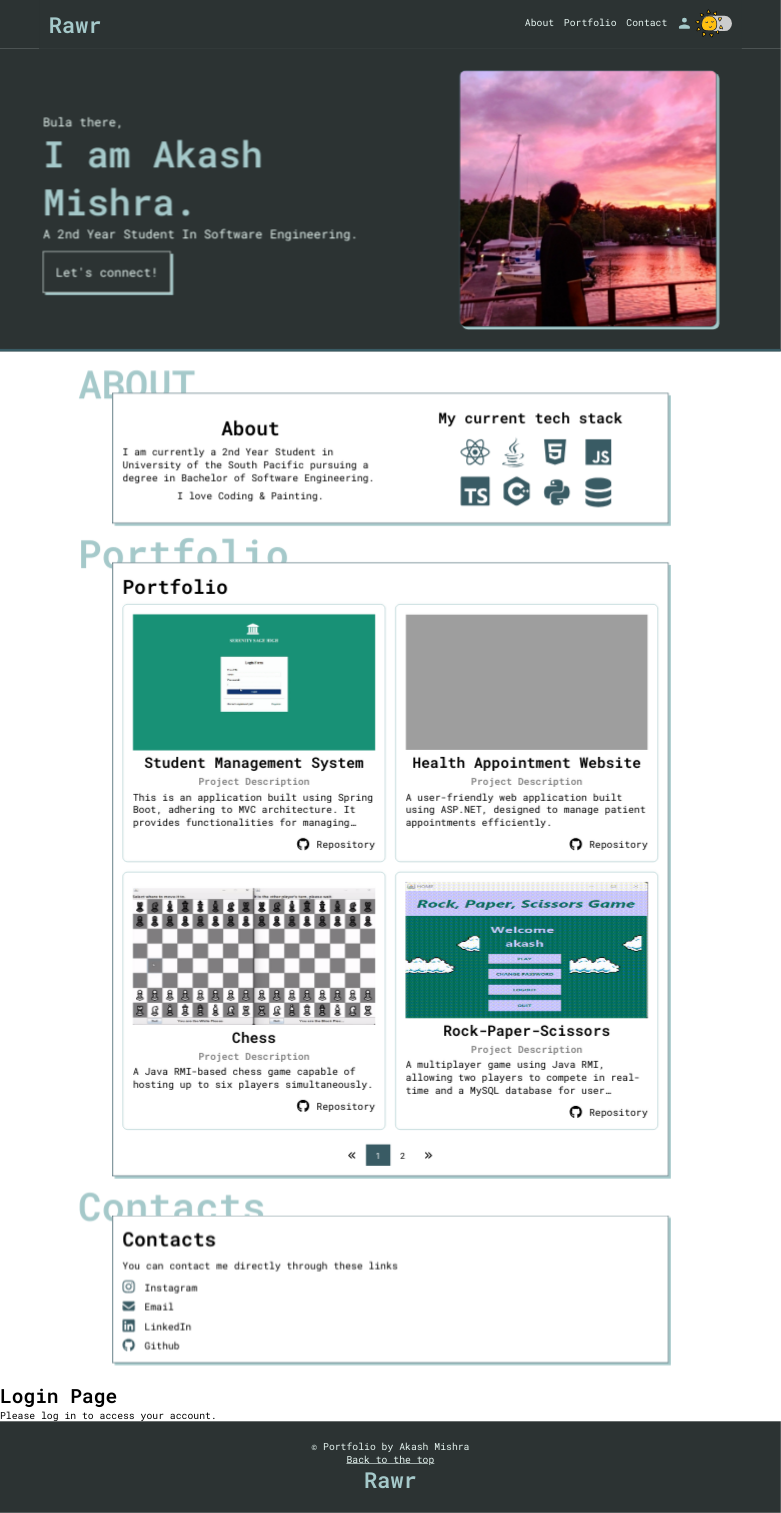
Repository: akashrawr/portfolio
Page: /
The author's editor kept a copy of each file at every save. The page is drawn from the files as they stood at one save, then again after a run of saves.
The browser window is 1280 px wide. The pictures show the whole page, at 61% of full size.
Pictures or frames that could not be fetched are drawn as grey boxes. The project was rebuilt for these pictures with package versions that can differ from the ones it lists, and the page was loaded fresh each time.

Above is the page before, as saved 2025-01-01 20:46:08.

### public/index.html
<!DOCTYPE html>
<html lang="en">
  <head>
    <meta charset="utf-8" />
    <link rel="icon" href="%PUBLIC_URL%/favicon.ico" />
    <meta name="viewport" content="width=device-width, initial-scale=1" />
    <meta name="theme-color" content="#000000" />
    <meta
      name="description"
      content="Personal web Portfolio"
    />
    <link rel="apple-touch-icon" href="%PUBLIC_URL%/logo192.png" />
    <!--
      manifest.json provides metadata used when your web app is installed on a
      user's mobile device or desktop. See https://developers.google.com/web/fundamentals/web-app-manifest/
    -->
    <link rel="manifest" href="%PUBLIC_URL%/manifest.json" />
    <!--
      Notice the use of %PUBLIC_URL% in the tags above.
      It will be replaced with the URL of the `public` folder during the build.
      Only files inside the `public` folder can be referenced from the HTML.

      Unlike "/favicon.ico" or "favicon.ico", "%PUBLIC_URL%/favicon.ico" will
      work correctly both with client-side routing and a non-root public URL.
      Learn how to configure a non-root public URL by running `npm run build`.
    -->
    <title>akashrawr</title>
  </head>
  <body>
    <noscript>You need to enable JavaScript to run this app.</noscript>
    <div id="root"></div>
    <!--
      This HTML file is a template.
      If you open it directly in the browser, you will see an empty page.

      You can add webfonts, meta tags, or analytics to this file.
      The build step will place the bundled scripts into the <body> tag.

      To begin the development, run `npm start` or `yarn start`.
      To create a production bundle, use `npm run build` or `yarn build`.
    -->
  </body>
</html>

### src/App.js
import React, { useState, useEffect } from 'react';
import { BrowserRouter as Router, Route, Routes } from 'react-router-dom';
import './App.css';
import AOS from 'aos';
import 'aos/dist/aos.css';

// Import components
import Header from './components/Header';
import LoginPage from './components/LoginPage';
import Hero from './components/Hero';
import About from './components/About';
import Portfolio from './components/Portfolio';
import Contact from './components/Contact';
import Footer from './components/Footer';

function App() {
  useEffect(() => {
    AOS.init({ once: true, delay: 0 });
  }, []);

  const [isNavVisible, setIsNavVisible] = useState(false);
  const [darkMode, setDarkMode] = useState(false);

  const toggleNav = () => {
    setIsNavVisible(!isNavVisible);
  };

  const toggleDarkMode = () => {
    setDarkMode(!darkMode);
    document.body.classList.toggle('dark-mode', !darkMode);
  };

  return (
    <Router>
    <div>
      <Header
        isNavVisible={isNavVisible}
        toggleNav={toggleNav}
        darkMode={darkMode}
        toggleDarkMode={toggleDarkMode}
      />
      <main>

        <Hero />
        <About />
        <Portfolio />
        <Contact />
        <LoginPage />
       {/*
        <Routes>
            <Route path="/login" element={<LoginPage />} />
      </Routes>
*/}
      </main>
      <Footer />
    </div>
    </Router>
  );
}

export default App;

### src/App.css
@import url("https://fonts.googleapis.com/css2?family=Roboto+Mono:wght@300;400;600&display=swap");

:root {
  --primary-color: #2c3333;
  --secondary-color: #395b64;
  --accent-1: #a5c9ca;
  --accent-2: #e7f6f2;
  --neutral-1: black;
  --neutral-2: white;
  --neutral-3: white;
  --neutral-4: black;
  --icon-1: #395b64;

  --dark-primary-color: #121212;
  --dark-secondary-color: #1f1f1f;
  --dark-accent-1: #6c757d;
  --dark-accent-2: #adb5bd;
  --dark-neutral-1: #ffffff;
  --dark-neutral-2: #121212;
  --dark-neutral-3:#1f1f1f;
  --dark-neutral-4: #938f8f;
  --dark-icon-1: #938f8f;

}

*,
*::after,
*::before {
  margin: 0;
  padding: 0;
  font-family: "Roboto Mono", monospace;
  box-sizing: border-box;


}

html {
  scroll-behavior: smooth;
}

body {
  overflow-x: hidden;
  background-color: var(--neutral-3);
  color: var(--neutral-1);
  font-family: "Roboto Mono", monospace;
}

body.dark-mode {
  --primary-color: var(--dark-primary-color);
  --secondary-color: var(--dark-secondary-color);
  --accent-1: var(--dark-accent-1);
  --accent-2: var(--dark-accent-2);
  --neutral-1: var(--dark-neutral-1);
  --neutral-2: var(--dark-neutral-2);
  --neutral-3: var(--dark-neutral-3);
  --neutral-4: var(--dark-neutral-4);
  --icon-1:var(--dark-icon-1);
}


/* Navbar styles */

header {
  display: flex;
  align-items: center;
  justify-content: center;

  max-width: 100vw;
  background-color: var(--primary-color);
}

a {
  font-size: 14px;
  text-decoration: none;
}

h1 {
  font-family: "Roboto Mono", monospace;
}

.navbar-nav {
  display: flex;
  align-items: center;
  justify-content: space-between;
  background-color: var(--primary-color);
  padding: 1rem;
  width: 90%;
}

.nav-logo {
  grid-column: 1;
}

.nav-logo > h1 {
  font-size: 30px;
  color: var(--accent-1);
}

.primary-nav {
  display: flex;
  list-style: none;
  gap: 16px;

  grid-column: 2;
  justify-self: end;
}

.mobile-nav-toggle {
  display: none;
  cursor: pointer;
}

.nav-link:link,
.nav-link:visited {
  font-size: 16px;
  color: var(--accent-2);

  transition: 300ms ease-in-out;
}

.nav-link:hover {
  font-weight: 600;
  color: var(--accent-1);
}

.user-icon {
  width: 24px;
  height: 24px;
  fill: var(--accent-1);
  transition: fill 0.3s ease;
}

.user-icon:hover {
  fill: var(--accent-1);
}

/* Dark mode toggle button */
.theme-toggle {
  background: none;
  border: none;
  cursor: pointer;
  padding: 8px;
  display: flex;
  align-items: center;
}

.nav-icons {
  --size: 30px;
  width: var(--size);
  aspect-ratio: 1;
  cursor: pointer;
}



@media only screen and (max-width: 35em) {
  .primary-nav {
    position: fixed;
    top: 0;
    right: 0;
    bottom: 0;
    width: 125px;

    flex-direction: column;
    padding: min(15vh, 3rem) 1rem;
    background-color: var(--primary-color);
    border-left: 2px solid rgb(111, 111, 111); /* Add this line for the left border */

    z-index: 9999;

    transform: translateX(100%);
    transition: transform 350ms ease-out;
  }


  .nav-link:link,
  .nav-link:visited {
    font-size: 15px;
    color: var(--accent-1);
  }

  .primary-nav[data-visible="true"] {
    transform: translateX(0%);
  }

  .mobile-nav-toggle[aria-expanded="true"] {
    background: url('data:[embedded picture, 416 characters]') center center no-repeat;
  }

  .mobile-nav-toggle {
    display: block;
    position: absolute;
    background: url('data:[embedded picture, 417 characters]') center center no-repeat;

    width: 1.25rem;
    aspect-ratio: 1;

    border: none;

    top: 1.4rem;
    right: 2.5rem;
    z-index: 10000;

    transition: 250ms ease-in-out;
  }
}

/* Section styles */

section {
  display: flex;
  align-items: center;
  justify-content: center;

  max-width: 100vw;
  position: relative;
}

/* HERO SECTION */
#hero {
  background-color: var(--primary-color);
  border-bottom: 4px solid var(--icon-1);
  padding: 2.2rem;
}

/* Main container for text and image */
.hero-main-container {
  display: flex;
  flex-wrap: wrap;
  align-items: center;
  justify-content: space-between;
  gap: 16px;
}

/* Text Container */
.hero-container {
  flex: 1;
  display: flex;
  flex-direction: column;
  gap: 16px;
  padding: 2.2rem;
  width: 90%;
  height: 350px;
  animation: fade-in 500ms linear forwards;
}

.hero-text-container > h2 {
  font-size: 28px;
  color: var(--accent-1);
}

.hero-text-container > p {
  font-size: 12px;
  color: var(--accent-2);
}

.hero-button {
  align-self: flex-start;

  font-size: 14px;
  padding: 1em;

  color: var(--accent-2);
  background-color: transparent;

  border: 1px solid var(--accent-2);
  box-shadow: 4px 4px 0px var(--accent-1);

  transition: 300ms ease-in-out;
}

.hero-button:hover {
  background-color: var(--accent-2);
  color: var(--primary-color);
  box-shadow: 6px 6px 0px var(--secondary-color);
}

/* Image Container */
.hero-img {
  flex: 1;
  display: flex;
  justify-content: center;
  align-items: center;
}

.hero-image {
  max-width: 75%;
  height: auto;
  border-radius: 10px;
  box-shadow: 0 4px 8px rgba(0, 0, 0, 0.1);
  border: 1px solid var(--secondary-color);
  background-color: var(--neutral-2);

  width: 100%;


  box-shadow: 4px 4px 0px var(--accent-1);
}


/* Responsive Styles */
@media screen and (max-width: 768px) {
  .hero-main-container {
    flex-direction: column;
  }

  .hero-img {
    margin-top: 20px;
  }

  .hero-text-container {
    text-align: left;
  }
}
.hero-text-container > h2 {
  font-size: 20px;
  color: var(--accent-1);
}
.project-card > h3 {
  font-size: 12px;
  color: var(--secondary-color);
}

/* ABOUT */

#about {
  padding: 2rem;
  margin-top: 36px;
  animation: fade-in 500ms linear forwards;

}

.wave-asset {
  width: 100%;
  position: absolute;

  top: 0;
  left: 0;
}

.about-container {
  display: flex;
  align-items: center;
  justify-content: center;
  background-color: var(--neutral-2);
  width: 90%;
  z-index: 999;
}

.about-card,
.portfolio-card,
.contact-card {
  display: flex;
  flex-direction: column;
  gap: 16px;
  border: 1px solid var(--secondary-color);
  background-color: var(--neutral-2);

  width: 100%;
  padding: 1rem;

  box-shadow: 4px 4px 0px var(--accent-1);
}

.about-content,
.portfolio-content {
  width: 100%;
  display: flex;
  flex-direction: column;
  gap: 8px;
}

.about-content > h2,
.about-content > h3 {
  color: var(--neutral-4);
}

.about-content > p {
  font-size: 12px;
  color: var(--neutral-4);
}

.tech-stack-grid {
  width: 65%;
  display: grid;
  grid-template-columns: repeat(4, 1fr);
  place-items: center;
}

.tech-stack {
  --size: 30px;
  width: var(--size);
  aspect-ratio: 1;
}

/* Portfolio container */

#portfolio {
  padding: 2rem;
  animation: fade-in 500ms linear forwards;
}

.portfolio-container {
  width: 90%;
  z-index: 999;
}

.project-container {
  display: grid;
  grid-template-columns: repeat(2, 1fr);
  gap: 16px;
}

.portfolio-content > h2 {
  color: var(--neutral-4);
}

.project-card {
  display: flex;
  flex-direction: column;
  gap: 4px;

  padding: 1rem;
  border-radius: 8px;
  border: 1px solid var(--accent-1);
}

.project-card > h3 {
  color: var(--neutral-4);
}

.project-card > h5 {
  color: var(--neutral-4);
  opacity: 0.5;
}

.project-card > p {
  font-size: 12px;
  width: 100%;
  display: -webkit-box;
  -webkit-box-orient: vertical;
  -webkit-line-clamp: 3;
  overflow: hidden;
  color: var(--neutral-4);
}

.project-img {
  width: 100%;
  aspect-ratio: 16/9;
}

.project-card-links {
  align-self: flex-end;

  margin-top: 10px;
  display: flex;
  align-items: center;
  gap: 12px;
}

.project-icons {
  --size: 20px;
  width: var(--size);
  aspect-ratio: 1;
}

.project-card-links > a {
  display: flex;
  align-items: center;
  color: var(--neutral-4);
  font-size: 10px;
  gap: 4px;
}

.project-card-links > a:link,
.project-card-links > a:visited {

  color: var(--neutral-4);
}

.project-card-links > a:hover {
  font-weight: 600;
  color: var(--accent-1);
}

/* CONTACT */
#contact {
  padding: 2rem;
  animation: fade-in 500ms linear forwards;
}

.contact-container {
  width: 90%;
  z-index: 999;
}

.contact-card {
  width: 100%;
  gap: 12px;
}
.contact-card > h2 {
    color: var(--neutral-4);
}

.contact-card > p {
  font-size: 12px;
  color: var(--neutral-4);
}

.contact-links {
  display: flex;
  flex-direction: column;
  gap: 8px;
}

.contact-links > a {
  display: flex;
  align-items: center;
  gap: 8px;
}

.contact-links > a:link,
.contact-links > a:visited {
  color: var(--neutral-4);
}

.contact-links > a:hover {
  font-weight: 600;
  color: var(--accent-1);
}
.contact-icons {
  --size: 20px;
  width: var(--size);
  aspect-ratio: 1;
}

/* extras */
.section-highlight {
  font-size: 4rem;
  font-weight: 600;
  opacity: 0.5;
  color: var(--accent-1);

  position: absolute;
  top: 0;
  left: 100px;
}

/* footer */
footer {
  display: flex;
  align-items: center;
  justify-content: center;
  color: var(--accent-2);
  max-width: 100vw;
  background-color: var(--primary-color);
  min-height: 150px;
}

.footer-content {
  text-align: center;
  font-size: 12px;
  width: 90%;

  color: var(--accent-2);
}

.footer-content > a {
  text-decoration: underline;
}

.footer-content > a:link,
.footer-content > a:visited {
  color: var(--accent-2);
}

.footer-content > a:hover {
  color: var(--accent-1);
}
/* media queries */

@media only screen and (max-width: 35em) {
  .hero-container {
    padding: 1rem;
    height: 200px;
  }
  .project-container {
    grid-template-columns: 1fr;
  }
  .tech-stack-grid {
    width: 100%;
  }
  .section-highlight {
    font-size: 3.5rem;
    top: -16px;
    left: 6vw;
  }
}

@media only screen and (min-width: 35em) {
  .hero-container {
    height: 250px;
  }
  .about-container,
  .portfolio-container,
  .contact-container {
    width: 75%;
  }

  .about-card,
  .portfolio-card {
    align-items: center;
    justify-content: center;
    flex-direction: row;
    gap: 20px;
  }

  .section-highlight {
    top: -26px;
    left: 10vw;
  }
}

@media only screen and (min-width: 768px) {
  .nav-logo > h1 {
    font-size: 36px;
  }

  /* hero */
  .hero-container {
    height: 350px;
  }

  .hero-text-container > p {
    font-size: 20px;
  }

  .hero-text-container > h2 {
    font-size: 60px;
  }

  .hero-button {
    font-size: 20px;
  }

  /* about */
  .about-card {
    gap: 40px;
  }

  .about-content > h2 {
    font-size: 32px;
  }

  .about-content > h3 {
    font-size: 24px;
  }

  .about-content > p {
    font-size: 16px;
  }

  .tech-stack-section {
    align-self: flex-start;
    margin-top: 8px;
  }

  .tech-stack {
    --size: 40px;
    width: var(--size);
    aspect-ratio: 1;
  }

  /* portfolio */
  .portfolio-content > h2 {
    font-size: 32px;
  }

  .project-card > h3 {
    font-size: 24px;
  }

  .project-card > h5,
  .project-card > p {
    font-size: 16px;
  }

  .project-card-links > a {
    font-size: 16px;
  }

  /* contacts */
  .contact-card > h2 {
    font-size: 32px;
  }

  .contact-card > p {
    font-size: 16px;
  }

  .contact-links > a {
    font-size: 16px;
  }
  .footer-content,
  .footer-content > a {
    font-size: 16px;
  }
}

@media only screen and (min-width: 1024px) {
  .section-highlight {
    top: -26px;
    left: 10vw;
  }
}

@keyframes fade-in {
  0% {
    opacity: 0;
  }
  100% {
    opacity: 1;
  }
}

/* Adjust specific sections as needed for React-specific behaviors */
.primary-nav.visible {
  transform: translateX(0%);
}

/* The switch - the box around the slider */
.switch {
  position: relative;
  display: inline-block;
  width: 50px;
  height: 25px;
}

/* Hide default HTML checkbox */
.switch input {
  opacity: 0;
  width: 0;
  height: 0;
}

/* The slider */
.slider {
  position: absolute;
  cursor: pointer;
  top: 0;
  left: 0;
  right: 0;
  bottom: 0;
  background-color: #ccc;
  -webkit-transition: .4s;
  transition: .4s;
  border-radius: 25px; /* Rounded edges for the slider */
  display: flex;

  align-items: center;
}

/* Adjust the icon size to 48x48 pixels */
.slider .icon {
  position: absolute;
  width: 48px;
  height: 48px;
  transition: .4s;
}

/* When the input is checked (dark mode is on) */
input:checked + .slider {
  background-color: #3e4346; /* Change background color on check */
}

input:focus + .slider {
  box-shadow: 0 0 1px #2196F3;
}

/* Move the icons when the input is checked (dark mode) */
input:checked + .slider .icon {
  transform: translateX(20px); /* Move the icon to the right */
}

/* Default state (light mode) */
input:not(:checked) + .slider .icon {
  transform: translateX(-15px) translateY(-2px); /* Icon remains in the default position */
  width: 52px; /* Further reduced icon size for very small screens */
  height: 52px; /* Further reduced icon size for very small screens */
}

.about-icon {
  color: var(--icon-1); /* Change to any shade of blue you prefer */
  font-size: 3rem; /* Adjust size as needed */
  margin: 0.5rem;
}

.project-icons {
  margin-right: 0.5rem; /* Space between icon and text */
  font-size: 1.5rem; /* Adjust icon size */
  color: inherit; /* Match the color of the link */
}

.contact-icons {
  margin-right: 0.5rem; /* Space between icon and text */
  font-size: 1.5rem; /* Adjust icon size */
  color: var(--icon-1);
}

/* Responsive Adjustments */
@media (max-width: 768px) {
  .about-icon {
    font-size: 2.5rem; /* Slightly smaller on smaller devices */
    margin: 0.4rem;
  }

  .project-icons {
    font-size: 1.2rem; /* Smaller icon size on smaller screens */
    margin-right: 0.4rem;
  }

  .contact-icons {
    font-size: 1.2rem; /* Smaller icon size on smaller screens */
    margin-right: 0.4rem;
  }
}

@media (max-width: 480px) {
  .about-icon {
    font-size: 2rem; /* Even smaller on very small devices */
    margin: 0.3rem;
  }

  .project-icons {
    font-size: 1rem; /* Further reduced icon size for very small screens */
    margin-right: 0.3rem;
  }

  .contact-icons {
    font-size: 1rem; /* Further reduced icon size for very small screens */
    margin-right: 0.3rem;
  }
}

.pagination {
  display: flex;
  justify-content: center;
  align-items: center;
  margin-top: 1rem;
}

.pagination a {
  color: var(--neutral-4);
  padding: 8px 16px;
  text-decoration: none;
}

.pagination a.active {
  background-color: #395b64;
  color: white;
}

.pagination a:disabled {
  color: grey;
  pointer-events: none;
}

/* Responsive Adjustments */
@media (max-width: 768px) {
  .pagination a {
    padding: 6px 12px; /* Smaller padding for smaller screens */
    font-size: 0.9rem; /* Slightly smaller font size */
  }

  .pagination {
    margin-top: 0.75rem; /* Adjust margin top for smaller screens */
  }
}

@media (max-width: 480px) {
  .pagination a {
    padding: 4px 8px; /* Even smaller padding for very small screens */
    font-size: 0.8rem; /* Smaller font size for very small screens */
  }

  .pagination {
    margin-top: 0.5rem; /* Adjust margin top for very small screens */
  }
}

### src/components/LoginPage.js
import React from 'react';

function LoginPage() {
  return (
    <div className="login-page">
      <h1>Login Page</h1>
      <p>Please log in to access your account.</p>
    </div>
  );
}

export default LoginPage;

### src/components/Hero.js
import React from 'react';

function Hero() {
  return (
    <section id="hero">
      <div className="hero-main-container">
        {/* Text and Button Container */}
        <div className="hero-container">
          <div className="hero-text-container" data-aos="fade-up">
            <p>Bula there,</p>
            <h2>I am Akash Mishra.</h2>
            <p>A 2nd Year Student In Software Engineering.</p>
          </div>
          <a href="#contact" className="hero-button" data-aos="fade-up">
            Let's connect!
          </a>
        </div>

        {/* Image Container */}
        <div className="hero-img" data-aos="fade-up">
          <img className="hero-image" src="./assets/images/akash.jpg" alt="akash" />
        </div>
      </div>
    </section>
  );
}

export default Hero;

### src/components/Contact.js
import React from 'react';
import { FontAwesomeIcon } from '@fortawesome/react-fontawesome';
import {
  faInstagram,
  faGithub,
  faLinkedin
} from '@fortawesome/free-brands-svg-icons';
import {
  faEnvelope
} from '@fortawesome/free-solid-svg-icons';

function Contact() {
  return (
    <section id="contact">
      <h2 className="section-highlight" data-aos="fade-up">Contacts</h2>
      <div className="contact-container" data-aos="fade-up">
        <div className="contact-card">
          <h2>Contacts</h2>
          <p>You can contact me directly through these links</p>

          <div className="contact-links">
            <a href="https://www.instagram.com/_acnologxa" className="contact-link">
              <FontAwesomeIcon icon={faInstagram} className="contact-icons" />
              Instagram
            </a>

            <a href="mailto:akashkm553@gmail.com" className="contact-link">
              <FontAwesomeIcon icon={faEnvelope} className="contact-icons" />
              Email
            </a>

            <a href="https://www.linkedin.com/in/akashmishra-rawr" className="contact-link">
              <FontAwesomeIcon icon={faLinkedin} className="contact-icons" />
              LinkedIn
            </a>

            <a href="https://github.com/akashrawr" className="contact-link">
              <FontAwesomeIcon icon={faGithub} className="contact-icons" />
              Github
            </a>
          </div>
        </div>
      </div>
    </section>
  );
}

export default Contact;

### src/components/Footer.js
import React from 'react';

function Footer() {
  return (
    <footer>
      <div className="footer-content">
        © Portfolio by Akash Mishra <br/>
        <a href="#hero">Back to the top</a>
        <div className="nav-logo">
          <h1>Rawr</h1>
        </div>
      </div>

    </footer>
  );
}

export default Footer;

Loaded but not shown: src/index.js (common file); src/index.css (common file); src/reportWebVitals.js (common file); src/components/Header.js (84 lines, source omitted); src/components/Portfolio.js (95 lines, source omitted); src/data/projects.js (74 lines, source omitted); src/components/About.js (54 lines, source omitted)

After the next 2 saves:
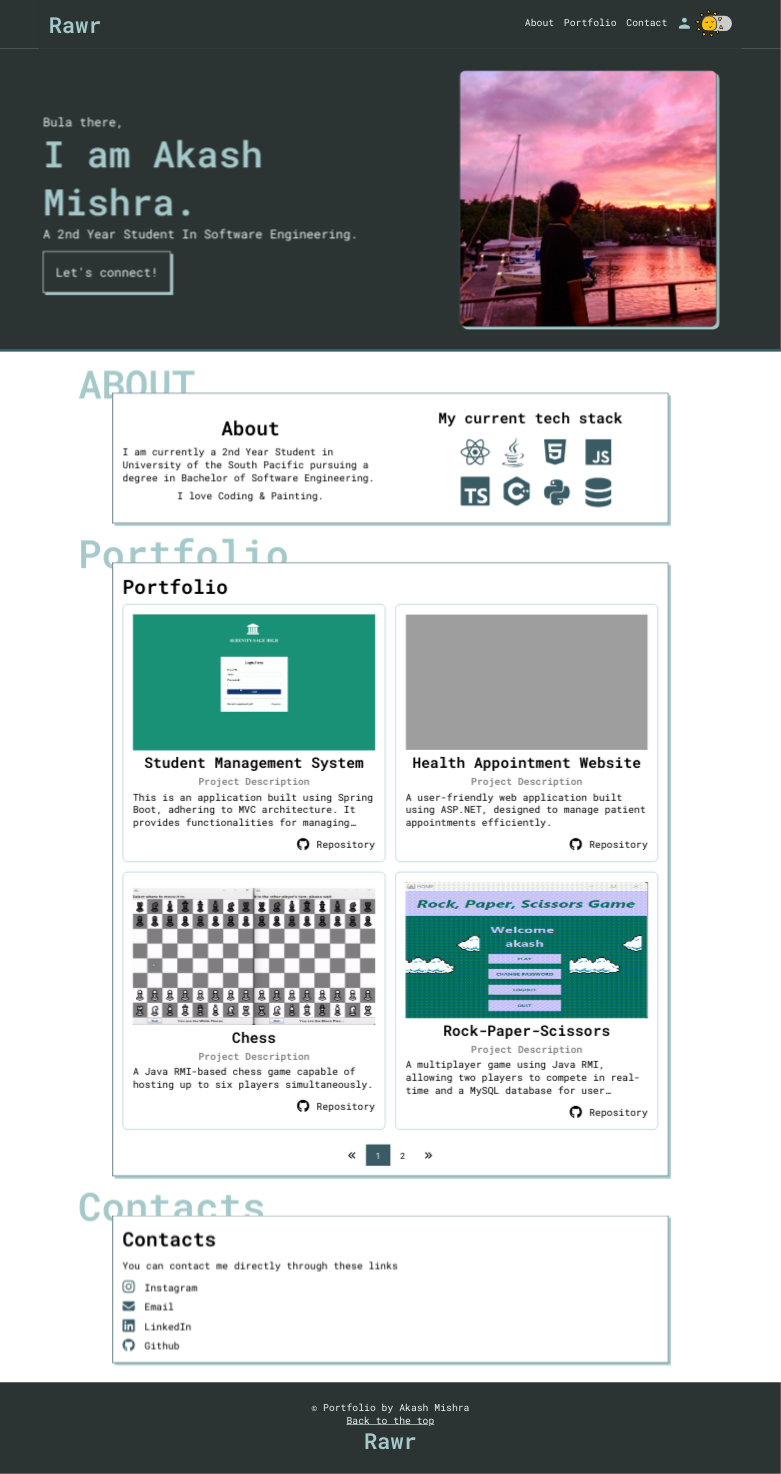
The 2 saves are shown as one change because 1 did not build or start.
The last was saved 43 s later.
--- a/src/App.js
+++ b/src/App.js
@@ -1,12 +1,10 @@
 import React, { useState, useEffect } from 'react';
-import { BrowserRouter as Router, Route, Routes } from 'react-router-dom';
 import './App.css';
 import AOS from 'aos';
 import 'aos/dist/aos.css';
 
 // Import components
 import Header from './components/Header';
-import LoginPage from './components/LoginPage';
 import Hero from './components/Hero';
 import About from './components/About';
 import Portfolio from './components/Portfolio';
@@ -31,7 +29,6 @@ function App() {
   };
 
   return (
-    <Router>
     <div>
       <Header
         isNavVisible={isNavVisible}
@@ -45,16 +42,9 @@ function App() {
         <About />
         <Portfolio />
         <Contact />
-        <LoginPage />
-       {/*
-        <Routes>
-            <Route path="/login" element={<LoginPage />} />
-      </Routes>
-*/}
       </main>
       <Footer />
     </div>
-    </Router>
   );
 }
 
